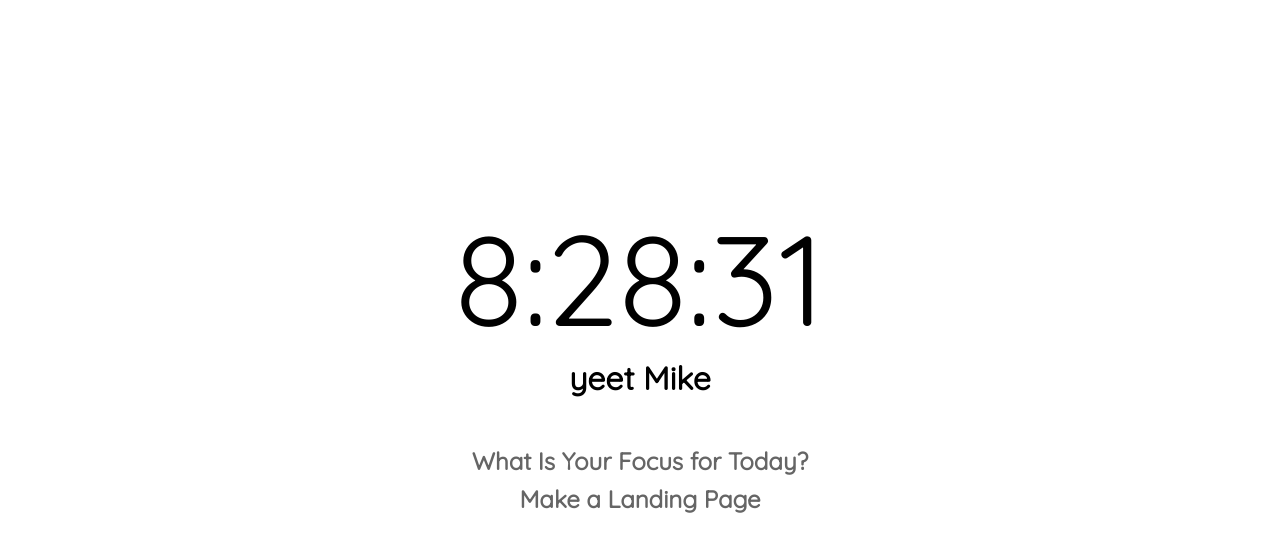
Repository: MikeTroianello/Landing-Page
Page: index.html
The author's editor kept a copy of each file at every save. The page is drawn from the files as they stood at one save, then again after the next save.
The browser window is 1280 px wide. The pictures show the whole page.

Above is the page before, as saved 2019-06-19 23:22:45.

### index.html
<!DOCTYPE html>
<html lang="en">
  <head>
    <meta charset="UTF-8" />
    <meta name="viewport" content="width=device-width, initial-scale=1.0" />
    <meta http-equiv="X-UA-Compatible" content="ie=edge" />
    <link
      href="https://fonts.googleapis.com/css?family=Quicksand&display=swap"
      rel="stylesheet"
    />
    <link rel="stylesheet" href="./style.css" />
    <title>Greetings!</title>
  </head>
  <body>
    <time id="time">12:12:12 PM</time>
    <h1>
      <span id="greeting">Good Afternoon</span>
      <span id="name" contenteditable="true">Mike</span>
    </h1>
    <!-- <h2 id="focus">What Is Your Focus for Today?</h2> -->
    <h2>What Is Your Focus for Today?</h2>
    <h2 contenteditable="true">Make a Landing Page</h2>
    <script src="main.js"></script>
  </body>
</html>

### style.css
* {
  box-sizing: border-box;
  margin: 0;
  padding: 0;
}

body {
  font-family: 'Quicksand', sans-serif;
  display: flex;
  flex-direction: column;
  align-items: center;
  justify-content: center;
  text-align: center;
  height: 100vh;
  color: 'black';
}

#time {
  font-size: 8rem;
}

h1 {
  margin-bottom: 3rem;
}

h2 {
  margin-bottom: 0.5rem;
  opacity: 0.6;
}

@media (max-width: 700px) {
  #time {
    font-size: 6rem;
  }
}

### main.js
// DOM Elements
const time = document.getElementById('time'),
  greeting = document.getElementById('greeting'),
  name = document.getElementById('name'),
  focus = document.getElementById('focus');

//SHOW TIME

function showTime() {
  let today = new Date(),
    hour = today.getHours(),
    min = today.getMinutes(),
    sec = today.getSeconds();

  //SET AM OR PM
  const amPm = hour >= 12 ? 'PM' : 'AM';

  //12 Hour Format
  hour = hour % 12 || 12;

  //Output Time
  time.innerHTML = `${hour}<span>:</span>${addZero(min)}<span>:</span>${addZero(
    sec
  )}`;

  setTimeout(showTime, 1000);
}

showTime();

function addZero(x) {
  return (x < 10 ? '0' : '') + x;
}

//Background

function timeGreeting() {
  let today = new Date(),
    hour = today.getHours();

  if (hour > 17) {
    greeting.innerText = 'yeet';
  } else if (hour < 12) {
    //morning
  } else {
    //afternoon
  }
}

timeGreeting();

After the next save:
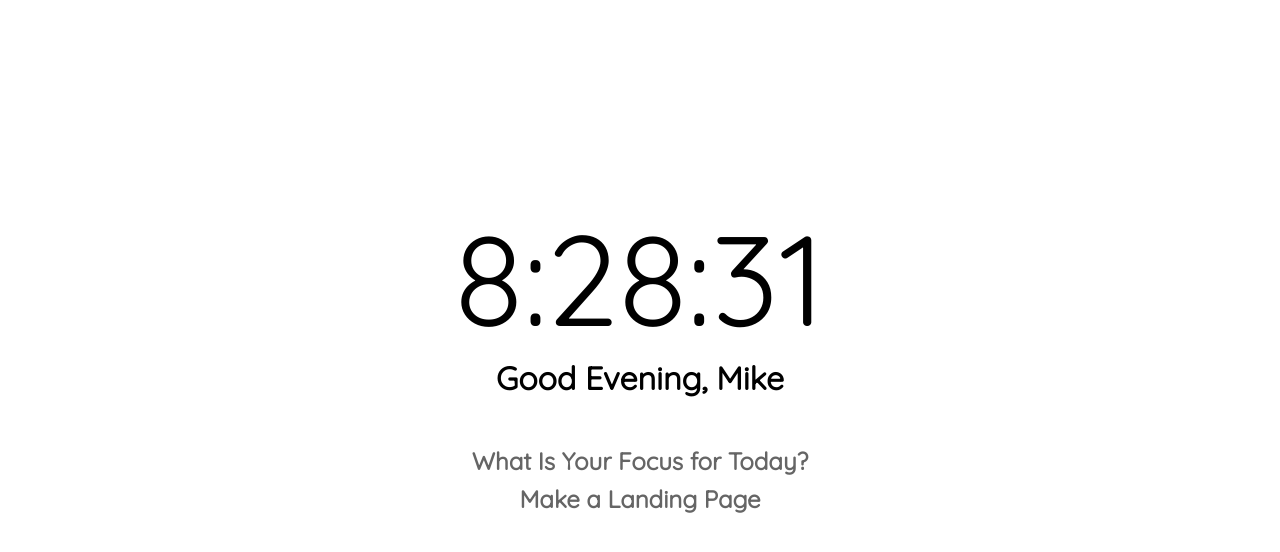
Saved 36 s later.
--- a/main.js
+++ b/main.js
@@ -39,11 +39,11 @@ function timeGreeting() {
     hour = today.getHours();
 
   if (hour > 17) {
-    greeting.innerText = 'yeet';
+    greeting.innerText = 'Good Evening,';
   } else if (hour < 12) {
-    //morning
+    greeting.innerText = 'Good Morning,';
   } else {
-    //afternoon
+    greeting.innerText = 'Good Afternoon,';
   }
 }
 
